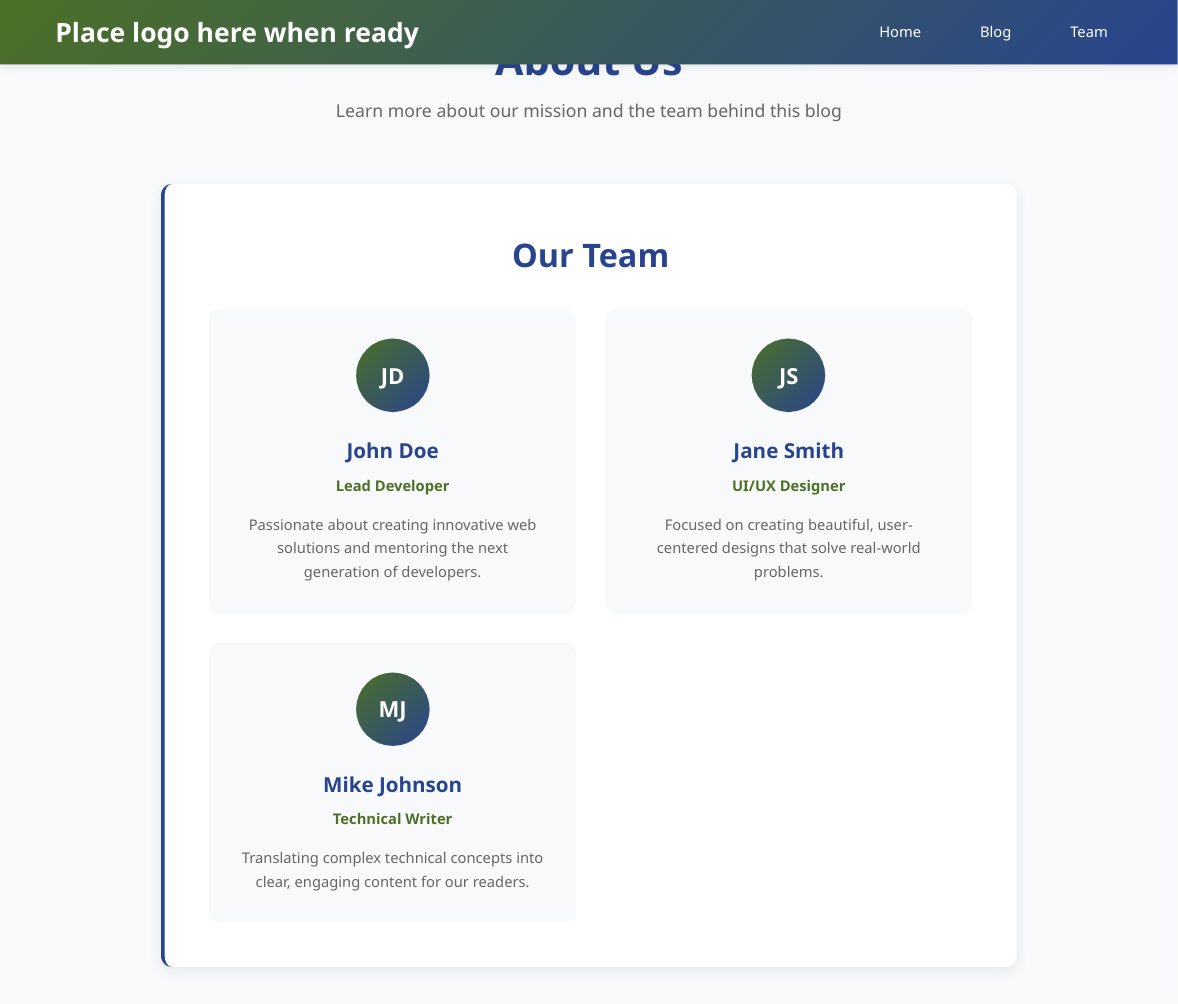
Repository: Bcit-sandy/TandemBlog
Page: /about
These files come from the project's save history. The page is drawn as it stood at one moment and after a run of saves; the edit follows.
The browser window is 1280 px wide. The pictures show the whole page, at 92% of full size.
The project was rebuilt for these pictures with package versions that can differ from the ones it lists, and the page was loaded fresh each time. Also part of the build but not shown: vite.config.js, src/pages/Home.css, src/pages/Blog.css, src/pages/Blog.jsx, src/pages/Home.jsx, src/pages/BlogPost.css, src/pages/BlogPost.jsx.

Above is the page before, as saved 2025-10-13 16:11:51.

### src/index.css
:root {
  /* Typography & base */
  font-family: system-ui, Avenir, Helvetica, Arial, sans-serif;
  line-height: 1.5;
  font-weight: 400;
  color-scheme: light dark;
  color: rgba(255, 255, 255, 0.87);
  background-color: #242424;
  font-synthesis: none;
  text-rendering: optimizeLegibility;
  -webkit-font-smoothing: antialiased;
  -moz-osx-font-smoothing: grayscale;

  /* Color variables */
  --white: #ffffff;
  --black: #000000;

  --light-gray: #f5f7fb;
  --text-gray: #6b7280;
  --dark-gray: #2c3e50;
  --gray-500: #7f8c8d;
  --gray-200: #ecf0f1;
  --border-light: #f0f0f0;

  --blue-primary: #3b82f6;
  --blue-secondary: #60a5fa;

  --green-primary: #10b981;
  --green-secondary: #34d399;

  --indigo: #667eea;
  --purple: #764ba2;

  --link: #646cff;
  --link-hover: #535bf2;
  --link-hover-light: #747bff;

  --button-bg-dark: #1a1a1a;
}

a {
  font-weight: 500;
  color: var(--link);
  text-decoration: inherit;
}
a:hover {
  color: var(--link-hover);
}

body {
  margin: 0;
  min-width: 320px;
  min-height: 100vh;
  font-family: system-ui, Avenir, Helvetica, Arial, sans-serif;
  background-color: var(--light-gray);
}

h1 {
  font-size: 3.2em;
  line-height: 1.1;
}

button {
  border-radius: 8px;
  border: 1px solid transparent;
  padding: 0.6em 1.2em;
  font-size: 1em;
  font-weight: 500;
  font-family: inherit;
  background-color: var(--button-bg-dark);
  cursor: pointer;
  transition: border-color 0.25s;
}
button:hover {
  border-color: var(--link);
}
button:focus,
button:focus-visible {
  outline: 4px auto -webkit-focus-ring-color;
}

@media (prefers-color-scheme: light) {
  :root {
    color: #213547;
    background-color: var(--white);
  }
  a:hover {
    color: var(--link-hover-light);
  }
  button {
    background-color: #f9f9f9;
  }
}

### src/App.jsx
import { BrowserRouter as Router, Routes, Route } from 'react-router-dom';
import Navbar from './components/Navbar';
import Home from './pages/Home';
import Blog from './pages/Blog';
import BlogPost from './pages/BlogPost';
import About from './pages/About';
import './App.css';

function App() {
  return (
    <Router>
      <div className="App">
        <Navbar />
        <main>
          <Routes>
            <Route path="/" element={<Home />} />
            <Route path="/blog" element={<Blog />} />
            <Route path="/blog/:id" element={<BlogPost />} />
            <Route path="/about" element={<About />} />
          </Routes>
        </main>
      </div>
    </Router>
  );
}

export default App;

### src/components/Navbar.jsx
import { Link } from 'react-router-dom';
import './Navbar.css';

const Navbar = () => {
  return (
    <nav className="navbar">

      <div className="nav-container">
        <Link to="/" className="nav-logo">
          Place logo here when ready
          {/*remeber to put the logo in the public folder, import it, and use <img src={logo} alt="logo" /> */}
        </Link>

        <ul className="nav-menu">
          <li className="nav-item">
            <Link to="/" className="nav-link">
              Home
            </Link>
          </li>

          <li className="nav-item">
            <Link to="/blog" className="nav-link">
              Blog
            </Link>
          </li>

          <li className="nav-item">
            <Link to="/about" className="nav-link">
              Team
            </Link>
          </li>

        </ul>
      </div>
    </nav>
  );
};

export default Navbar;

### src/pages/About.jsx
import './About.css';

const About = () => {
  return (
    <div className="about">
      <div className="about-container">
        <header className="about-header">
          <h1>About Us</h1>
          <p>Learn more about our mission and the team behind this blog</p>
        </header>

        <section className="about-content">


          <div className="team">
            <h2>Our Team</h2>
            <div className="team-grid">
              <div className="team-member">
                <div className="member-avatar">
                  <span>JD</span>
                </div>
                <h3>John Doe</h3>
                <p className="role">Lead Developer</p>
                <p>Passionate about creating innovative web solutions and mentoring the next generation of developers.</p>
              </div>

              <div className="team-member">
                <div className="member-avatar">
                  <span>JS</span>
                </div>
                <h3>Jane Smith</h3>
                <p className="role">UI/UX Designer</p>
                <p>Focused on creating beautiful, user-centered designs that solve real-world problems.</p>
              </div>

              <div className="team-member">
                <div className="member-avatar">
                  <span>MJ</span>
                </div>
                <h3>Mike Johnson</h3>
                <p className="role">Technical Writer</p>
                <p>Translating complex technical concepts into clear, engaging content for our readers.</p>
              </div>
            </div>
          </div>

        </section>
      </div>
    </div>
  );
};

export default About;

### src/App.css
/* Color Variables */
:root {
  --green-primary: #4C7026;
  --green-secondary: #B6CF7B;
  --blue-primary: #28448E;
  --blue-secondary: #73A4CD;
  --white: #ffffff;
  --light-gray: #f8f9fa;
  --dark-gray: #333333;
  --text-gray: #666666;
}

/* Global Styles */
* {
  margin: 0;
  padding: 0;
  box-sizing: border-box;
}

body {
  font-family: 'Segoe UI', Tahoma, Geneva, Verdana, sans-serif;
  line-height: 1.6;
  color: #333;
  background-color: #f8f9fa;
}

.App {
  min-height: 100vh;
  display: flex;
  flex-direction: column;
  width: 100%;
}

main {
  flex: 1;
  width: 100%;
  display: flex;
  flex-direction: column;
}

/* Utility Classes */
.container {
  max-width: 1200px;
  margin: 0 auto;
  padding: 0 20px;
}

.btn {
  display: inline-block;
  padding: 12px 24px;
  border: none;
  border-radius: 6px;
  text-decoration: none;
  font-weight: 600;
  cursor: pointer;
  transition: all 0.3s ease;
}

.btn-primary {
  background-color: var(--green-primary);
  color: var(--white);
}

.btn-primary:hover {
  background-color: var(--green-secondary);
  transform: translateY(-2px);
}

.btn-secondary {
  background-color: var(--blue-primary);
  color: var(--white);
}

.btn-secondary:hover {
  background-color: var(--blue-secondary);
  transform: translateY(-2px);
}

/* Responsive Design */
@media (max-width: 768px) {
  main {
    padding-top: 70px;
  }

  .container {
    padding: 0 15px;
  }
}

### src/components/Navbar.css
.navbar {
  position: fixed;
  top: 0;
  left: 0;
  right: 0;
  background: linear-gradient(135deg, var(--green-primary), var(--blue-primary));
  box-shadow: 0 2px 10px rgba(0, 0, 0, 0.1);
  z-index: 1000;
  height: 70px;
}

.nav-container {
  max-width: 1200px;
  margin: 0 auto;
  padding: 0 20px;
  display: flex;
  justify-content: space-between;
  align-items: center;
  height: 100%;
}

.nav-logo {
  font-size: 1.8rem;
  font-weight: bold;
  color: var(--white);
  text-decoration: none;
  transition: color 0.3s ease;
}

.nav-logo:hover {
  color: var(--green-secondary);
}

.nav-menu {
  display: flex;
  list-style: none;
  gap: 2rem;
  margin: 0;
  padding: 0;
}

.nav-item {
  position: relative;
}

.nav-link {
  color: var(--white);
  text-decoration: none;
  font-weight: 500;
  padding: 8px 16px;
  border-radius: 6px;
  transition: all 0.3s ease;
  position: relative;
}

.nav-link:hover {
  background-color: rgba(255, 255, 255, 0.1);
  color: var(--green-secondary);
}

.nav-link::after {
  content: '';
  position: absolute;
  bottom: -5px;
  left: 50%;
  width: 0;
  height: 2px;
  background-color: var(--green-secondary);
  transition: all 0.3s ease;
  transform: translateX(-50%);
}

.nav-link:hover::after {
  width: 80%;
}

/* Mobile Navigation */
@media (max-width: 768px) {
  .nav-container {
    padding: 0 15px;
  }

  .nav-logo {
    font-size: 1.5rem;
  }

  .nav-menu {
    gap: 1rem;
  }

  .nav-link {
    padding: 6px 12px;
    font-size: 0.9rem;
  }
}

@media (max-width: 480px) {
  .nav-menu {
    gap: 0.5rem;
  }

  .nav-link {
    padding: 4px 8px;
    font-size: 0.8rem;
  }
}

### src/pages/About.css
.about {
  min-height: 100vh;
  width: 100%;
  background-color: var(--light-gray);
  padding: 40px 0;
  display: flex;
  flex-direction: column;
  justify-content: center;
  align-items: center;
}

.about-container {
  max-width: 1200px;
  width: 100%;
  margin: 0 auto;
  padding: 0 20px;
  display: flex;
  flex-direction: column;
  justify-content: center;
  align-items: center;
}

.about-header {
  text-align: center;
  margin-bottom: 4rem;
}

.about-header h1 {
  font-size: 2.8rem;
  color: var(--blue-primary);
  margin-bottom: 1rem;
  font-weight: 700;
}

.about-header p {
  font-size: 1.2rem;
  color: var(--text-gray);
  max-width: 600px;
  margin: 0 auto;
}

.about-content {
  display: grid;
  gap: 4rem;
}


.team {
  background: var(--white);
  padding: 3rem;
  border-radius: 12px;
  box-shadow: 0 4px 15px rgba(0, 0, 0, 0.08);
  border-left: 4px solid var(--blue-primary);
}

.team h2 {
  color: var(--blue-primary);
  font-size: 2.2rem;
  margin-bottom: 2rem;
  font-weight: 600;
  text-align: center;
}

.team-grid {
  display: grid;
  grid-template-columns: repeat(auto-fit, minmax(300px, 1fr));
  gap: 2rem;
}

.team-member {
  text-align: center;
  padding: 2rem;
  background: var(--light-gray);
  border-radius: 12px;
  transition: all 0.3s ease;
}

.member-avatar {
  width: 80px;
  height: 80px;
  background: linear-gradient(135deg, var(--green-primary), var(--blue-primary));
  border-radius: 50%;
  display: flex;
  align-items: center;
  justify-content: center;
  margin: 0 auto 1.5rem;
  font-size: 1.5rem;
  font-weight: bold;
  color: var(--white);
}

.team-member h3 {
  color: var(--blue-primary);
  font-size: 1.4rem;
  margin-bottom: 0.5rem;
  font-weight: 600;
}

.role {
  color: var(--green-primary);
  font-weight: 600;
  margin-bottom: 1rem;
  font-size: 1rem;
}

.team-member p:last-child {
  color: var(--text-gray);
  line-height: 1.6;
}


/* Responsive Design */
@media (max-width: 768px) {
  .about-header h1 {
    font-size: 2.2rem;
  }

  .about-header p {
    font-size: 1rem;
  }

  .team {
    padding: 2rem;
  }

 .team h2 {
    font-size: 1.8rem;
  }

  .team-grid {
    grid-template-columns: 1fr;
  }


  .team-member {
    padding: 1.5rem;
  }
}

@media (max-width: 480px) {
  .about {
    padding: 20px 0;
  }

  .about-container {
    padding: 0 15px;
  }

  .about-header h1 {
    font-size: 1.8rem;
  }

  .team {
      padding: 1.5rem;
    }

  .team h2 {
      font-size: 1.5rem;
    }

  .team-member {
    padding: 1rem;
  }

  .member-avatar {
    width: 60px;
    height: 60px;
    font-size: 1.2rem;
  }
}

Loaded but not shown: index.html (common file); src/main.jsx (common file)

After the next 2 saves:
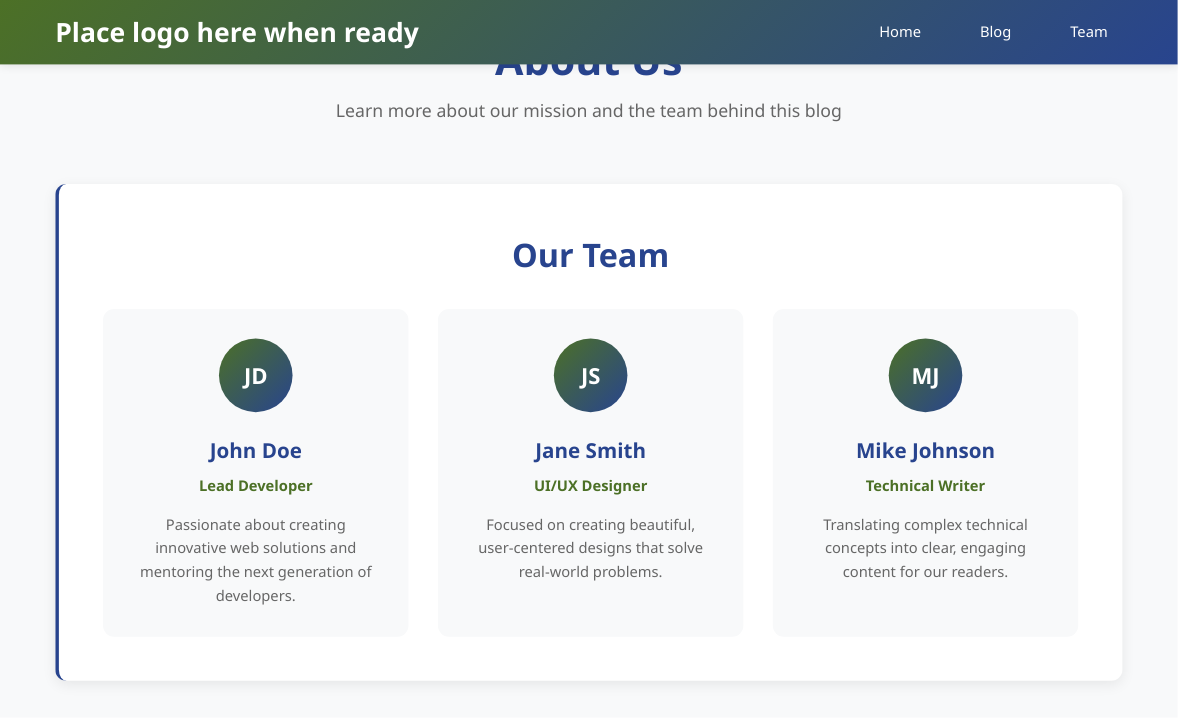
The 2 saves are shown as one change because they came seconds apart.
The last was saved 7 s later.
--- a/src/pages/About.css
+++ b/src/pages/About.css
@@ -1,12 +1,8 @@
 .about {
-  min-height: 100vh;
   width: 100%;
   background-color: var(--light-gray);
   padding: 40px 0;
-  display: flex;
-  flex-direction: column;
-  justify-content: center;
-  align-items: center;
+  min-height: 80vh;
 }
 
 .about-container {
@@ -14,10 +10,6 @@
   width: 100%;
   margin: 0 auto;
   padding: 0 20px;
-  display: flex;
-  flex-direction: column;
-  justify-content: center;
-  align-items: center;
 }
 
 .about-header {
